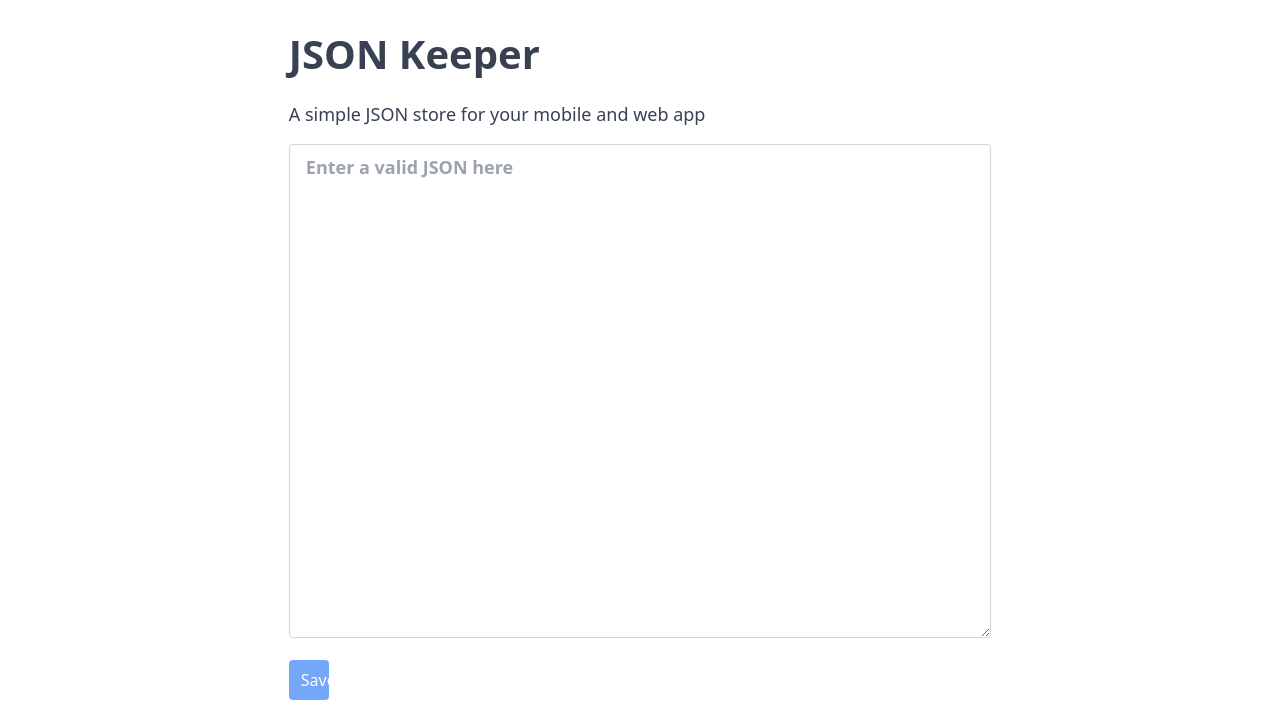
Repository: lakshithapramodya/jsonhub
Page: / (app in client/)
An editor plug-in stored every save of this project. The page is shown before and after the next save, followed by the edit.
The browser window is 1280 px wide. The pictures show the whole page.
The page's requests for data from a server got no answer. The project was rebuilt for these pictures with package versions that can differ from the ones it lists, and the page was loaded fresh each time. No one was signed in, and anything a server would have sent is missing. Also part of the build but not shown: client/src/HandleJsonData.js.

Above is the page before, as saved 2023-05-10 12:38:35.

### client/src/index.js
import React from "react";
import ReactDOM from "react-dom/client";
import "./index.css";
import App from "./App";
import { BrowserRouter, Route, Routes } from "react-router-dom";
import HandleJsonData from "./HandleJsonData";

const root = ReactDOM.createRoot(document.getElementById("root"));
root.render(
  <React.StrictMode>
    <BrowserRouter>
      <Routes>
        <Route path="/" element={<App />} />
        <Route path=":url" element={<HandleJsonData />} />
      </Routes>
    </BrowserRouter>
  </React.StrictMode>
);

### client/src/App.js
import { useState } from "react";
import { SERVER_ENDPOINT } from "./config/Default";
import axios from "axios";

function App() {
  const [input, setInput] = useState([]);
  const [url, setUrl] = useState("");

  const sendRequest = async () => {
    const res = await axios
      .post(`${SERVER_ENDPOINT}/api/json`, {
        text: input,
      })
      .then()
      .catch((err) => console.log(err));
    const data = res.data;
    return data;
  };

  const handleSubmit = (e) => {
    e.preventDefault();
    sendRequest().then((res) => {
      console.log(res.url);
      res && setInput([]);
      setUrl(res.url);
    });
  };

  function isJsonString(str) {
    try {
      JSON.parse(str);
    } catch (e) {
      return false;
    }
    return true;
  }

  return (
    <div className="min-w-full min-h-screen flex flex-col">
      {url && (
        <a href={`${SERVER_ENDPOINT}/${url}`}>{`${SERVER_ENDPOINT}/${url}`}</a>
      )}
      <div className="flex flex-col mx-auto mt-6 w-full sm:w-[80%] md:w-[70%] lg:w-[58%] items-center justify-center">
        <form onSubmit={handleSubmit} className="w-full space-y-4 px-5">
          <h1 className="text-[2.5rem] font-semibold text-gray-700">
            JSON Keeper
          </h1>
          <p className="text-gray-700 text-lg">
            A simple JSON store for your mobile and web app
          </p>
          <textarea
            placeholder="Enter a valid JSON here"
            onChange={(e) => setInput(e.target.value)}
            value={input}
            rows={17}
            className={`border border-gray-300 w-full rounded p-2 px-4 text-lg font-semibold focus:outline-none`}
          />
          <button
            className="bg-blue-500 p-2 px-3 w-10 rounded text-white disabled:opacity-70"
            disabled={!isJsonString(input)}
            type="submit"
          >
            Save
          </button>
        </form>
      </div>
    </div>
  );
}

export default App;

### client/src/config/Default.js
export const SERVER_ENDPOINT =
  process.env.REACT_APP_SERVER_ENDPOINT || "http://localhost:5000";

Loaded but not shown: client/public/index.html (common file); client/src/index.css (common file); client/tailwind.config.js (common file)

After the next save:
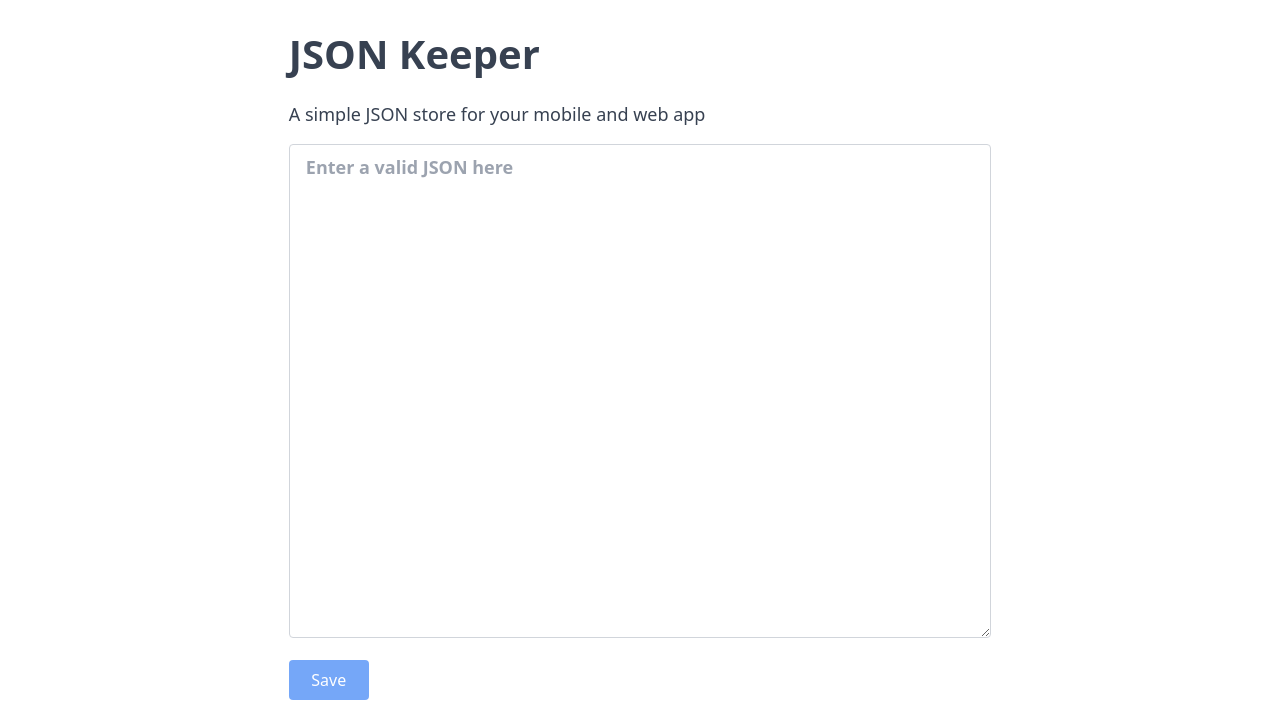
Saved 4 s later.
--- a/client/src/App.js
+++ b/client/src/App.js
@@ -56,7 +56,7 @@ function App() {
             className={`border border-gray-300 w-full rounded p-2 px-4 text-lg font-semibold focus:outline-none`}
           />
           <button
-            className="bg-blue-500 p-2 px-3 w-10 rounded text-white disabled:opacity-70"
+            className="bg-blue-500 p-2 px-3 w-20 rounded text-white disabled:opacity-70"
             disabled={!isJsonString(input)}
             type="submit"
           >
